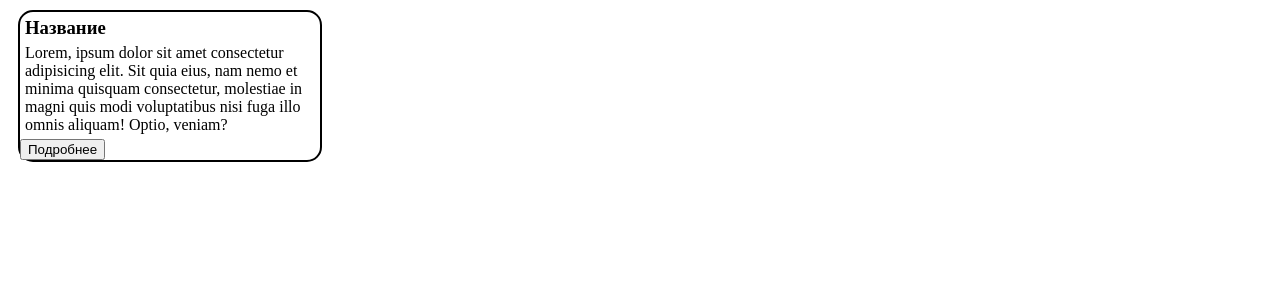
Repository: MaratLK/PLKFrontend
Page: Templates/NewsForIndex.html
An editor plug-in stored every save of this project. The page is shown before and after the next save, followed by the edit.
The browser window is 1280 px wide. The pictures show the whole page.

Above is the page before, as saved 2024-08-25 06:20:54.

### Templates/NewsForIndex.html
<!DOCTYPE html>
<html lang="en">
<head>
    <meta charset="UTF-8">
    <meta name="viewport" content="width=device-width, initial-scale=1.0">
    <title>Document</title>
    <style>
        .newsblk{
            height: auto;
            width: 300px;
            margin: 10px;
            border-radius: 15px;
            border: 2px solid black;
        }
        .newsblk h3{
            margin: 5px;
        }
        .newsblk p{
            margin: 5px;
        }
    </style>
</head>
<body>
    <section class="news">
        <div class="newsblk">
            <h3>Название</h3>
            <p>Lorem, ipsum dolor sit amet consectetur adipisicing elit.
                Sit quia eius, nam nemo et minima quisquam consectetur,
                molestiae in magni quis modi voluptatibus nisi fuga illo omnis aliquam!
                Optio, veniam?</p>
            <button>Подробнее</button>
        </div>
    </section>
</body>
</html>

After the next save:
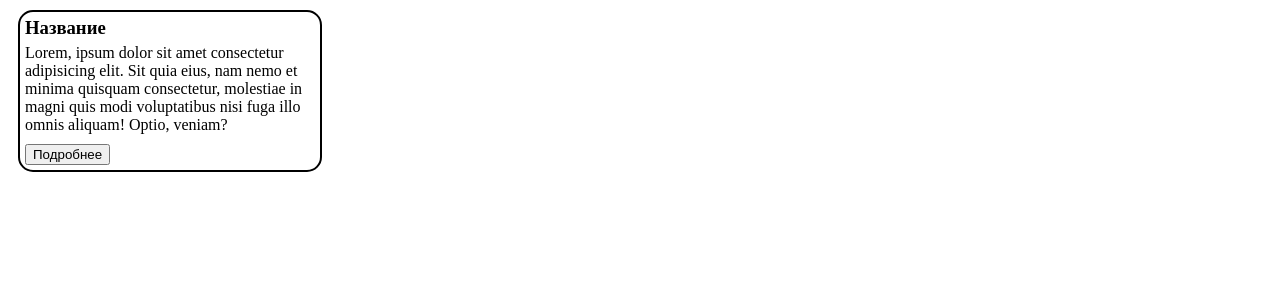
Saved 29 s later.
--- a/Templates/NewsForIndex.html
+++ b/Templates/NewsForIndex.html
@@ -18,6 +18,9 @@
         .newsblk p{
             margin: 5px;
         }
+        .newsblk button{
+            margin: 5px;
+        }
     </style>
 </head>
 <body>

After the save that followed:
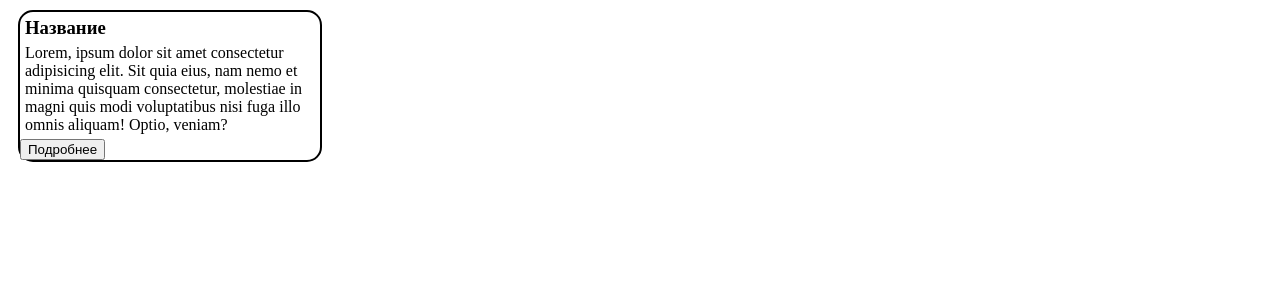
Saved 16 s later.
--- a/Templates/NewsForIndex.html
+++ b/Templates/NewsForIndex.html
@@ -19,7 +19,7 @@
             margin: 5px;
         }
         .newsblk button{
-            margin: 5px;
+            margin: 0 0 0 0 ;
         }
     </style>
 </head>
